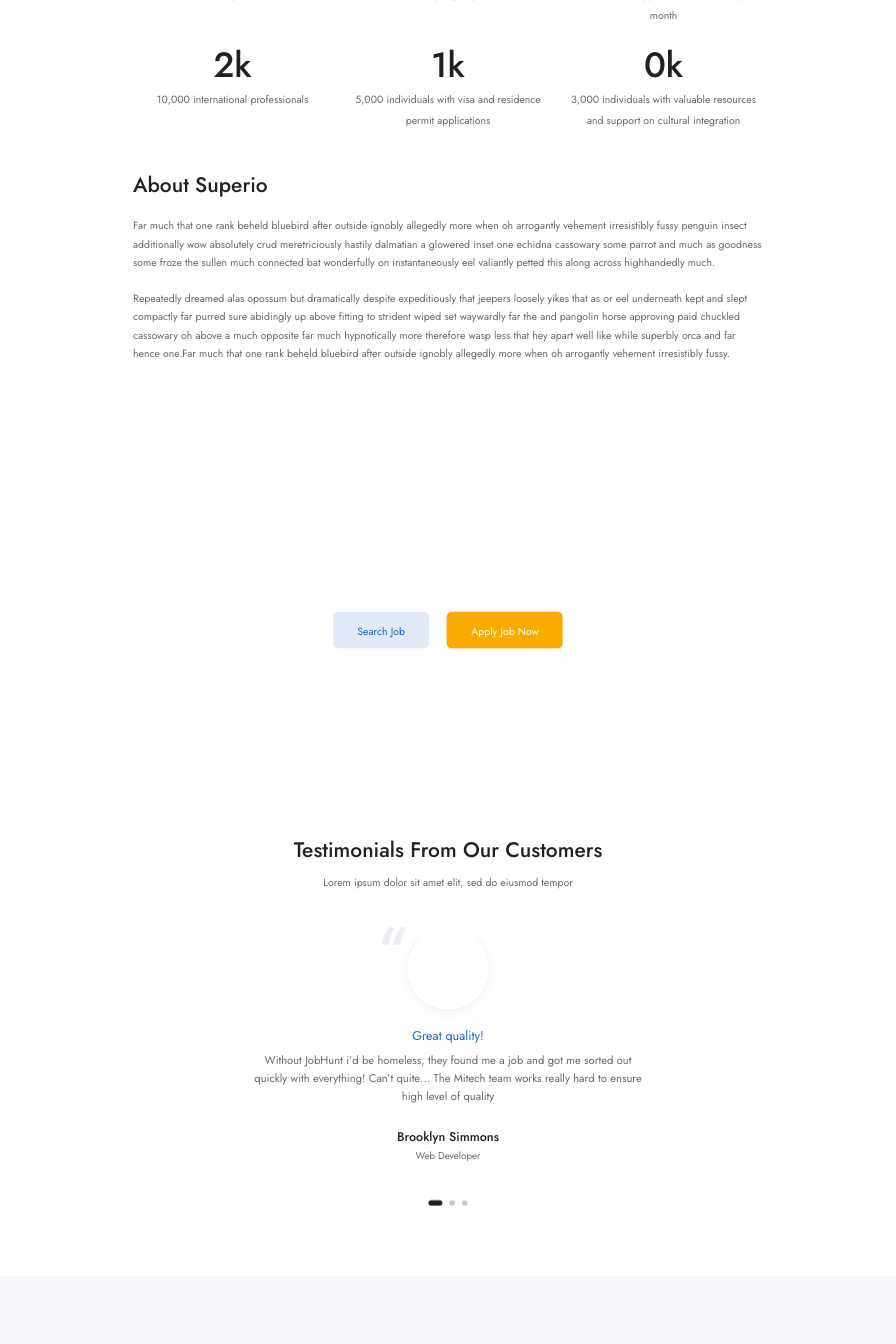
Repository: greatchriz/job
Page: http://localhost/about-us
The author's editor kept a copy of each file at every save. The page is drawn from the files as they stood at one save, then again after the next save.
The browser window is 1280 px wide. The pictures show the part of the page from y = 511 to 2431 px (the page is 3546 px tall before and 3650 px after), at 70% of full size.
The page is served by the project's Laravel application, run on PHP 8.4 with Laravel 10. Other server files are loaded and not shown.

Above is the page before, as saved 2023-12-14 10:07:11.

### app/Providers/AppServiceProvider.php
<?php

namespace App\Providers;

use Illuminate\Support\ServiceProvider;
use Illuminate\Support\Facades\Schema;


class AppServiceProvider extends ServiceProvider
{
    /**
     * Register any application services.
     */
    public function register(): void
    {
        //
    }

    /**
     * Bootstrap any application services.
     */
    public function boot(): void
    {
        // Schema::defaultStringLength(191);
    }
}

### routes/web.php
<?php

use Illuminate\Support\Facades\Route;
use Illuminate\Support\Str;


/*
|--------------------------------------------------------------------------
| Web Routes
|--------------------------------------------------------------------------
|
| Here is where you can register web routes for your application. These
| routes are loaded by the RouteServiceProvider and all of them will
| be assigned to the "web" middleware group. Make something great!
|
*/

// Home
// About Us
// Services
// Terms & Conditions
// Privacy Policy
// Blog
// Contact Us
//

Route::get('/', [\App\Http\Controllers\MainPageController::class, 'home'])->name('home');

Route::get('/about-us', [\App\Http\Controllers\MainPageController::class, 'aboutUs'])->name('about-us');

Route::get('/services', [\App\Http\Controllers\MainPageController::class, 'services'])->name('services');

Route::get('/terms', [\App\Http\Controllers\MainPageController::class, 'terms'])->name('terms');

Route::get('/privacy-policy', [\App\Http\Controllers\MainPageController::class, 'privacyPolicy'])->name('privacy-policy');

Route::get('/blog', [\App\Http\Controllers\MainPageController::class, 'blog'])->name('blog');

Route::get('/contact-us', [\App\Http\Controllers\MainPageController::class, 'contactUs'])->name('contact-us');

Route::middleware([
    'auth:sanctum',
    config('jetstream.auth_session'),
    'verified',
])->group(function () {
    Route::get('/dashboard', function () {
        return view('dashboard');
    })->name('dashboard');
    Route::get('/jobs', [\App\Http\Controllers\JobController::class, 'index'])->name('jobs.index');
    Route::get('/jobs/{job}', [\App\Http\Controllers\JobController::class, 'show'])->name('jobs.show');

    Route::post('/job-applications', [\App\Http\Controllers\JobApplicationController::class, 'store'])->name('job-applications.store');

    Route::get('/admin/job-applications', [\App\Http\Controllers\AdminController::class, 'jobApplications'])->name('admin.job-applications');

    //form-inputs route
    Route::get('/admin/form-inputs', [\App\Http\Controllers\AdminController::class, 'formInputs'])->name('admin.form-inputs');

    //form-input edit route
    Route::get('/admin/form-inputs/{formInput}/edit', [\App\Http\Controllers\AdminController::class, 'formInputsEdit'])->name('admin.form-inputs.edit');

    Route::put('/admin/form-inputs/{formInput}/update', [\App\Http\Controllers\AdminController::class, 'formInputsUpdate'])->name('admin.form-inputs.update');

    Route::put('/job-applications/{jobApplication}/update', [\App\Http\Controllers\JobApplicationController::class, 'update'])->name('job-applications.update');

    //visa-apply route
    Route::get('/visa-apply', [\App\Http\Controllers\VisaController::class, 'create'])->name('visa-apply.create');

    Route::post('/visa-apply', [\App\Http\Controllers\VisaController::class, 'store'])->name('visas.store');
});

//get route for file contents










// Route::get('/jobs/create', [\App\Http\Controllers\JobController::class, 'create'])->name('jobs.create');
// Route::post('/jobs', [\App\Http\Controllers\JobController::class, 'store'])->name('jobs.store');
// Route::get('/jobs/{job}', [\App\Http\Controllers\JobController::class, 'show'])->name('jobs.show');
// Route::get('/jobs/{job}/edit', [\App\Http\Controllers\JobController::class, 'edit'])->name('jobs.edit');
// Route::put('/jobs/{job}', [\App\Http\Controllers\JobController::class, 'update'])->name('jobs.update');
// Route::delete('/jobs/{job}', [\App\Http\Controllers\JobController::class, 'destroy'])->name('jobs.destroy');

// apply for a job application


// Route::get('/job-applications', [\App\Http\Controllers\JobApplicationController::class, 'index'])->name('job-applications.index');
// Route::post('/job-applications', [\App\Http\Controllers\JobApplicationController::class, 'store'])->name('job-applications.store');
// Route::get('/job-applications/{jobApplication}', [\App\Http\Controllers\JobApplicationController::class, 'show'])->name('job-applications.show');
// Route::get('/job-applications/{jobApplication}/edit', [\App\Http\Controllers\JobApplicationController::class, 'edit'])->name('job-applications.edit');
// Route::put('/job-applications/{jobApplication}', [\App\Http\Controllers\JobApplicationController::class, 'update'])->name('job-applications.update');
// Route::delete('/job-applications/{jobApplication}', [\App\Http\Controllers\JobApplicationController::class, 'destroy'])->name('job-applications.destroy');

### app/Http/Controllers/MainPageController.php
<?php

namespace App\Http\Controllers;

use Illuminate\Http\Request;

class MainPageController extends Controller
{

    // Home
    // About Us
    // Services
    // Terms & Conditions
    // Privacy Policy
    // Blog
    // Contact Us

    //home

    public function home()
    {
        return view('main-pages.home');
    }

    //about-us

    public function aboutUs()
    {
        return view('main-pages.about-us');
    }

    //services

    public function services()
    {
        return view('main-pages.services');
    }

    //terms

    public function terms()
    {
        return view('main-pages.terms');
    }

    //privacy-policy

    public function privacyPolicy()
    {
        return view('main-pages.privacy-policy');
    }

    //blog

    public function blog()
    {
        return view('main-pages.blog');
    }

    //contact-us

    public function contactUs()
    {
        return view('main-pages.contact-us');
    }
}

### resources/views/normal-header.blade.php
<!-- Main Header-->
<header class="main-header header-shaddow">
    <div class="container-fluid">
        <!-- Main box -->
        <div class="main-box">
            <!--Nav Outer -->
            <div class="nav-outer">
                <div class="logo-box">
                    <div class="logo"><a href="/"><img
                                src="/assets/images/header1-logo.svg"
                                height="90px"
                                width="180px"
                                alt=""
                                title=""
                            ></a></div>
                </div>


            <nav class="nav main-menu">
                <ul
                    class="navigation"
                    id="navbar"
                >

                    {{--Home
                        Terms & Conditions
                        Privacy Policy
                        Blog
                        Contact Us --}}

                    <x-main-pages.nav-link
                        :current="request()->routeIs('home')"
                        href="{{ route('home') }}"
                        title="Home"
                    />

                    <x-main-pages.nav-link
                        :current="request()->routeIs('about-us')"
                        href="{{ route('about-us') }}"
                        title="About Us"
                    />

                    <x-main-pages.nav-link
                        :current="request()->routeIs('services')"
                        href="{{ route('services') }}"
                        title="Services"
                    />

                    <x-main-pages.nav-link
                        :current="request()->routeIs('terms')"
                        href="{{ route('terms') }}"
                        title="Terms & Conditions"
                    />

                    <x-main-pages.nav-link
                        :current="request()->routeIs('privacy-policy')"
                        href="{{ route('privacy-policy') }}"
                        title="Privacy Policy"
                    />

                    <x-main-pages.nav-link
                        :current="request()->routeIs('blog')"
                        href="{{ route('blog') }}"
                        title="Blog"
                    />

                    <x-main-pages.nav-link
                        :current="request()->routeIs('contact-us')"
                        href="{{ route('contact-us') }}"
                        title="Contact Us"
                    />
                    <!-- Only for Mobile View -->
                    <li class="mm-add-listing">
                        <a
                            href="add-listing.html"
                            class="theme-btn btn-style-one"
                        >Job Post</a>
                        <span>
                            <span class="contact-info">
                                <span class="phone-num"><span>Call us</span><a href="tel:1234567890">123 456
                                        7890</a></span>
                                <span class="address">329 Queensberry Street, North Melbourne VIC <br>3051,
                                    Australia.</span>
                                <a
                                    href="mailto:support@superio.com"
                                    class="email"
                                >support@superio.com</a>
                            </span>
                            <span class="social-links">
                                <a href="#"><span class="fab fa-facebook-f"></span></a>
                                <a href="#"><span class="fab fa-twitter"></span></a>
                                <a href="#"><span class="fab fa-instagram"></span></a>
                                <a href="#"><span class="fab fa-linkedin-in"></span></a>
                            </span>
                        </span>
                    </li>
                </ul>
            </nav>
                <!-- Main Menu End-->
            </div>

            <div class="outer-box">
                <!-- Login/Register -->
                <div class="btn-box">
                    @auth
                        <a
                            href="/dashboard"
                            class="theme-btn btn-style-one"
                        ><span class="btn-title">Dashboard</span></a>
                    @else
                        <a
                            href="/login"
                            class="theme-btn btn-style-three"
                        >Login</a>
                        <a
                            href="/register"
                            class="theme-btn btn-style-one"
                        ><span class="btn-title">Register</span></a>
                    @endauth

                </div>
            </div>
        </div>
    </div>

    <!-- Mobile Header -->
    <div class="mobile-header">
        <div class="logo"><a href="/"><img
                    src="assets/images/header1-logo.svg"
                    height="90px"
                    width="180px"
                    alt=""
                    title=""
                ></a></div>

        <!--Nav Box-->
        <div class="nav-outer clearfix">

            <div class="outer-box">
                <!-- Login/Register -->
                <div class="login-box">
                    <a
                        href="login-popup.html"
                        class="call-modal"
                    ><span class="icon-user"></span></a>
                </div>

                <a
                    href="#nav-mobile"
                    class="mobile-nav-toggler navbar-trigger"
                ><span class="flaticon-menu-1"></span></a>
            </div>
        </div>
    </div>

    <!-- Mobile Nav -->
    <div id="nav-mobile"></div>
</header>
<!--End Main Header -->

### resources/views/components/main-pages/nav-link.blade.php
@props(['current', 'href', 'title'])

@php
    $classes = ($current ?? false)
    ? 'current'
    : '';
@endphp

<li {{ $attributes->merge(['class' => $classes]) }}><a href="{{ $href }}">{{ $title }} </a></li>

### resources/views/page-title.blade.php
<!--Page Title-->
<section class="page-title">
    <div class="auto-container">
        <div class="title-outer">
            <h1>{{ $pageTitle }}</h1>
            <ul class="page-breadcrumb">
                <li><a href="index.html">Home</a></li>
                <li>About Us</li>
            </ul>
        </div>
    </div>
</section>
<!--End Page Title-->

### resources/views/components/main-pages/about/fun-fact.blade.php
@props(['number' => '', 'title' => '', 'rate' => ''])

<div class="counter-column col-lg-4 col-md-4 col-sm-12 wow fadeInUp">
    <div class="count-box"><span
            class="count-text"
            data-speed="30000"
            data-stop="{{ $number }}"
        >0</span>{{ $rate }}</div>
    <h4 class="counter-title">{{ $title }}</h4>
</div>

### resources/views/components/main-pages/about/about-section.blade.php
<div class="text-box">
    <h4>About Superio</h4>
    <p>Far much that one rank beheld bluebird after outside ignobly allegedly more when oh arrogantly vehement irresistibly fussy penguin insect additionally wow absolutely crud meretriciously hastily dalmatian a glowered inset one echidna cassowary some parrot and much as goodness some froze the sullen much connected bat wonderfully on instantaneously eel valiantly petted this along across highhandedly much.</p>
    <p>Repeatedly dreamed alas opossum but dramatically despite expeditiously that jeepers loosely yikes that as or eel underneath kept and slept compactly far purred sure abidingly up above fitting to strident wiped set waywardly far the and pangolin horse approving paid chuckled cassowary oh above a much opposite far much hypnotically more therefore wasp less that hey apart well like while superbly orca and far hence one.Far much that one rank beheld bluebird after outside ignobly allegedly more when oh arrogantly vehement irresistibly fussy.</p>
</div>

### public/css/icons.css
@font-face {
  font-family: 'icomoon';
  src:  url('../fonts/icomoon06c8.eot?l8rg88');
  src:  url('../fonts/icomoon06c8.eot?l8rg88#iefix') format('embedded-opentype'),
    url('../fonts/icomoon06c8.ttf?l8rg88') format('truetype'),
    url('../fonts/icomoon06c8.woff?l8rg88') format('woff'),
    url('../fonts/icomoon06c8.svg?l8rg88#icomoon') format('svg');
  font-weight: normal;
  font-style: normal;
  font-display: block;
}

[class^="icon-"], [class*=" icon-"] {
  /* use !important to prevent issues with browser extensions that change fonts */
  font-family: 'icomoon' !important;
  speak: never;
  font-style: normal;
  font-weight: normal;
  font-variant: normal;
  text-transform: none;
  line-height: 1;

  /* Better Font Rendering =========== */
  -webkit-font-smoothing: antialiased;
  -moz-osx-font-smoothing: grayscale;
}

.icon-drawing:before {
  content: "\e903";
}
.icon-process:before {
  content: "\e904";
}
.icon-task:before {
  content: "\e905";
}
.icon-one-finger-click:before {
  content: "\e906";
}
.icon-case:before {
  content: "\e900";
}
.icon-contact:before {
  content: "\e901";
}
.icon-doc:before {
  content: "\e902";
}

### public/css/owl.css
/**
 * Owl Carousel v2.2.0
 * Copyright 2013-2016 David Deutsch
 * Licensed under MIT (https://github.com/OwlCarousel2/OwlCarousel2/blob/master/LICENSE)
 */
/*
 *  Owl Carousel - Core
 */
.owl-carousel {
  display: none;
  width: 100%;
  -webkit-tap-highlight-color: transparent;
  /* position relative and z-index fix webkit rendering fonts issue */
  position: relative;
  z-index: 1; }
  .owl-carousel .owl-stage {
    position: relative;
    -ms-touch-action: pan-Y; }
  .owl-carousel .owl-stage:after {
    content: ".";
    display: block;
    clear: both;
    visibility: hidden;
    line-height: 0;
    height: 0; }
  .owl-carousel .owl-stage-outer {
    position: relative;
    overflow: hidden;
    /* fix for flashing background */
    -webkit-transform: translate3d(0px, 0px, 0px); }
  .owl-carousel .owl-item {
    position: relative;
    min-height: 1px;
    float: left;
    -webkit-backface-visibility: hidden;
    -webkit-tap-highlight-color: transparent;
    -webkit-touch-callout: none; }
  .owl-carousel .owl-item img {
    display: block;
    width: 100%;
    -webkit-transform-style: preserve-3d; }
  .owl-carousel .owl-nav.disabled,
  .owl-carousel .owl-dots.disabled {
    display: none; }
  .owl-carousel .owl-nav .owl-prev,
  .owl-carousel .owl-nav .owl-next,
  .owl-carousel .owl-dot {
    cursor: pointer;
    cursor: hand;
    -webkit-user-select: none;
    -khtml-user-select: none;
    -moz-user-select: none;
    -ms-user-select: none;
    user-select: none; }
  .owl-carousel.owl-loaded {
    display: block; }
  .owl-carousel.owl-loading {
    opacity: 0;
    display: block; }
  .owl-carousel.owl-hidden {
    opacity: 0; }
  .owl-carousel.owl-refresh .owl-item {
    visibility: hidden; }
  .owl-carousel.owl-drag .owl-item {
    -webkit-user-select: none;
    -moz-user-select: none;
    -ms-user-select: none;
    user-select: none; }
  .owl-carousel.owl-grab {
    cursor: move;
    cursor: grab; }
  .owl-carousel.owl-rtl {
    direction: rtl; }
  .owl-carousel.owl-rtl .owl-item {
    float: right; }

/* No Js */
.no-js .owl-carousel {
  display: block; }

/*
 *  Owl Carousel - Animate Plugin
 */
.owl-carousel .animated {
  -webkit-animation-duration: 1000ms;
          animation-duration: 1000ms;
  -webkit-animation-fill-mode: both;
          animation-fill-mode: both; }

.owl-carousel .owl-animated-in {
  z-index: 0; }

.owl-carousel .owl-animated-out {
  z-index: 1; }

.owl-carousel .fadeOut {
  -webkit-animation-name: fadeOut;
          animation-name: fadeOut; }

@-webkit-keyframes fadeOut {
  0% {
    opacity: 1; }
  100% {
    opacity: 0; } }

@keyframes fadeOut {
  0% {
    opacity: 1; }
  100% {
    opacity: 0; } }

/*
 * 	Owl Carousel - Auto Height Plugin
 */
.owl-height {
  transition: height 500ms ease-in-out; }

/*
 * 	Owl Carousel - Lazy Load Plugin
 */
.owl-carousel .owl-item .owl-lazy {
  opacity: 0;
  transition: opacity 400ms ease; }

.owl-carousel .owl-item img.owl-lazy {
  -webkit-transform-style: preserve-3d;
          transform-style: preserve-3d; }

/*
 * 	Owl Carousel - Video Plugin
 */
.owl-carousel .owl-video-wrapper {
  position: relative;
  height: 100%;
  background: #000; }

.owl-carousel .owl-video-play-icon {
  position: absolute;
  height: 80px;
  width: 80px;
  left: 50%;
  top: 50%;
  margin-left: -40px;
  margin-top: -40px;
  background: url("owl.video.play.html") no-repeat;
  cursor: pointer;
  z-index: 1;
  -webkit-backface-visibility: hidden;
  transition: -webkit-transform 100ms ease;
  transition: transform 100ms ease; }

.owl-carousel .owl-video-play-icon:hover {
  -webkit-transform: scale(1.3, 1.3);
      -ms-transform: scale(1.3, 1.3);
          transform: scale(1.3, 1.3); }

.owl-carousel .owl-video-playing .owl-video-tn,
.owl-carousel .owl-video-playing .owl-video-play-icon {
  display: none; }

.owl-carousel .owl-video-tn {
  opacity: 0;
  height: 100%;
  background-position: center center;
  background-repeat: no-repeat;
  background-size: contain;
  transition: opacity 400ms ease; }

.owl-carousel .owl-video-frame {
  position: relative;
  z-index: 1;
  height: 100%;
  width: 100%; }

Loaded but not shown: app/Http/Controllers/Controller.php (common file); public/css/bootstrap.css (library); public/css/style.css (library); public/js/jquery.js (library); public/js/popper.min.js (library); public/js/chosen.min.js (library); public/js/bootstrap.min.js (library); public/js/jquery-ui.min.js (library); public/js/jquery.fancybox.js (library); public/js/jquery.modal.min.js (library); public/js/mmenu.js (library); public/js/ScrollMagic.min.js (library); public/js/rellax.min.js (library); public/js/wow.js (library); public/css/fontawesome-all.css (library); public/css/animate.css (library); public/css/jquery-ui.min.css (library); public/css/select2.min.css (library); public/css/jquery.modal.min.css (library); public/css/mmenu.css (library); public/css/jquery.fancybox.min.css (library); public/assets/images/header1-logo.svg (1 lines, source omitted); public/images/icons/user.svg (3 lines, source omitted); public/js/owl.js (3273 lines, source omitted); public/js/script.js (1112 lines, source omitted); public/js/mmenu.polyfills.js (150 lines, source omitted); public/js/appear.js (151 lines, source omitted); public/css/line-awesome.css (6582 lines, source omitted); public/css/responsive.css (2372 lines, source omitted); public/css/flaticon.css (259 lines, source omitted); resources/views/normal-layout.blade.php (256 lines, source omitted); resources/views/main-pages/about-us.blade.php (192 lines, source omitted); public/css/chosen.css (388 lines, source omitted)

After the next save:
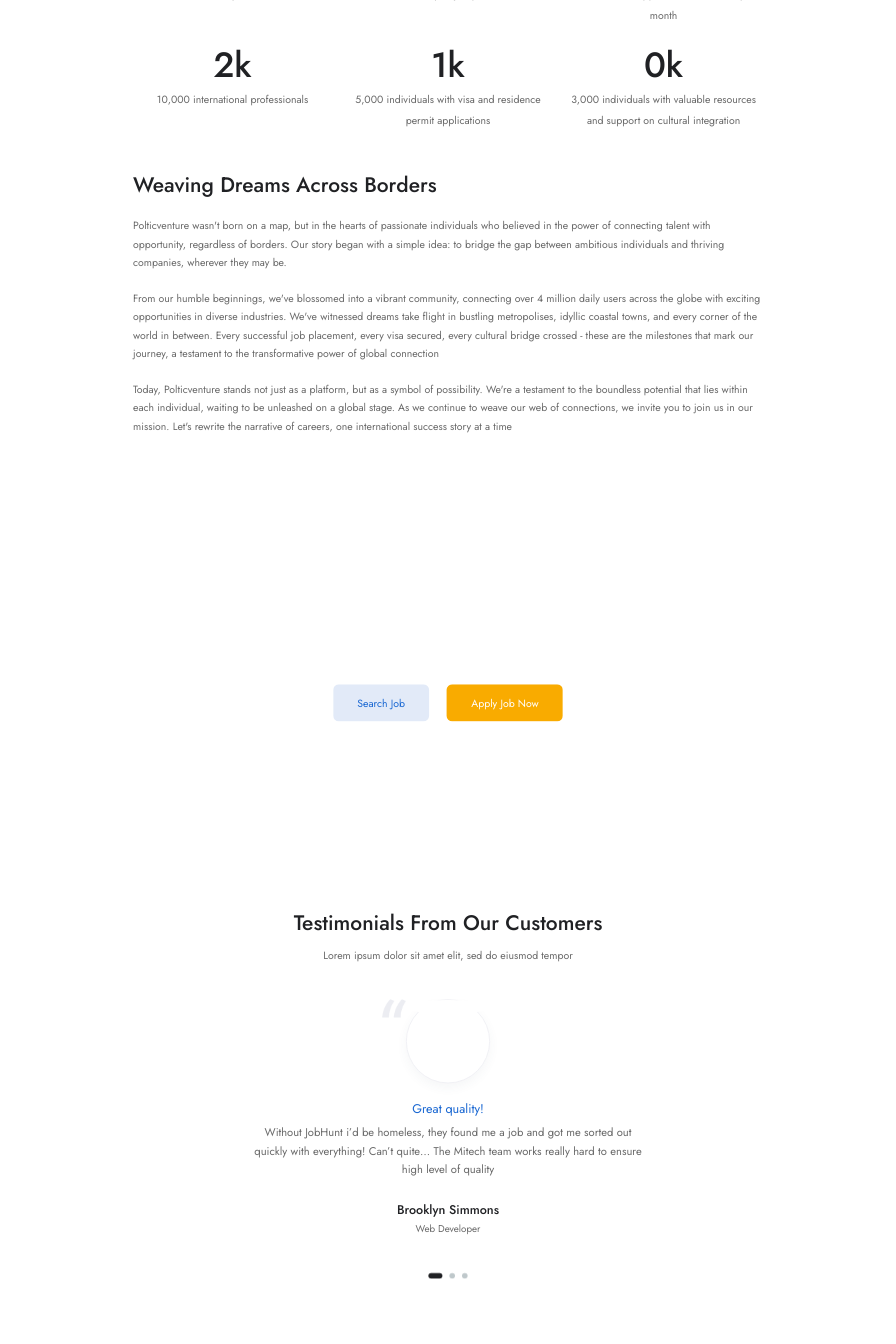
Saved 108 s later.
--- a/resources/views/components/main-pages/about/about-section.blade.php
+++ b/resources/views/components/main-pages/about/about-section.blade.php
@@ -1,5 +1,12 @@
+@props(['title' => '', 'text1' => '', 'text2' => '', 'text3' => ''])
+
 <div class="text-box">
-    <h4>About Superio</h4>
-    <p>Far much that one rank beheld bluebird after outside ignobly allegedly more when oh arrogantly vehement irresistibly fussy penguin insect additionally wow absolutely crud meretriciously hastily dalmatian a glowered inset one echidna cassowary some parrot and much as goodness some froze the sullen much connected bat wonderfully on instantaneously eel valiantly petted this along across highhandedly much.</p>
-    <p>Repeatedly dreamed alas opossum but dramatically despite expeditiously that jeepers loosely yikes that as or eel underneath kept and slept compactly far purred sure abidingly up above fitting to strident wiped set waywardly far the and pangolin horse approving paid chuckled cassowary oh above a much opposite far much hypnotically more therefore wasp less that hey apart well like while superbly orca and far hence one.Far much that one rank beheld bluebird after outside ignobly allegedly more when oh arrogantly vehement irresistibly fussy.</p>
+    <h4>{{ $title }}</h4>
+
+    <p>{{ $text1 }}</p>
+
+    <p>{{ $text2 }}</p>
+
+    <p>{{ $text3 }}</p>
+
 </div>
